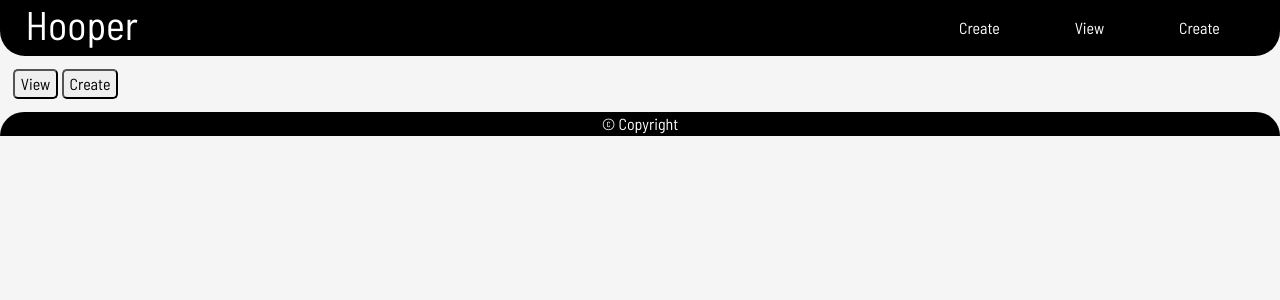
Repository: vlasarte/Hooper
Page: index.html
The author's editor kept a copy of each file at every save. The page is drawn from the files as they stood at one save, then again after the next save.
The browser window is 1280 px wide. The pictures show the whole page.

Above is the page before, as saved 2020-02-24 17:28:24.

### index.html
<!DOCTYPE html>
<!--[if lt IE 7]>      <html class="no-js lt-ie9 lt-ie8 lt-ie7"> <![endif]-->
<!--[if IE 7]>         <html class="no-js lt-ie9 lt-ie8"> <![endif]-->
<!--[if IE 8]>         <html class="no-js lt-ie9"> <![endif]-->
<!--[if gt IE 8]><!--> <html class="no-js"> <!--<![endif]-->
    <head>
        <meta charset="utf-8">
        <meta http-equiv="X-UA-Compatible" content="IE=edge">
        <title>Hooper</title>
        <meta name="description" content="">
        <meta name="viewport" content="width=device-width, initial-scale=1">
        <link href="https://fonts.googleapis.com/css?family=Barlow+Semi+Condensed&display=swap" rel="stylesheet">
        <link rel="stylesheet" href="https://stackpath.bootstrapcdn.com/bootstrap/4.3.1/css/bootstrap.min.css" integrity="sha384-ggOyR0iXCbMQv3Xipma34MD+dH/1fQ784/j6cY/iJTQUOhcWr7x9JvoRxT2MZw1T" crossorigin="anonymous">
        <link rel="stylesheet" href="assets/css/style.css">
    </head>
    <body>

        <header>
            <h1>Hooper</h1>
            <div class="dropdown">
                <button class="dropbtn">Create</button>
                <div class="dropdown-content">
                    <a href="#">Player</a>
                    <a href="#">Team</a>
                    <a class="dropdown-content-last" href="#">Game</a>
                </div>
            </div>
            <div class="dropdown">
                <button class="dropbtn">View</button>
                <div class="dropdown-content">
                    <a href="viewplayers.html">Players</a>
                    <a href="#">Teams</a>
                    <a class="dropdown-content-last" href="#">Games</a>
                </div>
            </div>
            <div class="dropdown">
                <button style="border-radius: 25px;" class="dropbtn">Create</button>
            </div>
        </header>

        <div class="body-container">

            <button>View</button>
            <button>Create</button>


        </div>


        <footer>
            &copy Copyright
        </footer>

        <script src="assets/js/javascript.js" async defer></script>
    </body>
</html>

### assets/css/style.css
/* default settings */

body {
    font-family: 'Barlow Semi Condensed', sans-serif;
    background: whitesmoke;
}


/* header section */

header {
    font-family: 'Barlow Semi Condensed', sans-serif;
    width: 100%;
    height: 56px;
    background: black;
    color: white;
    padding: 0% 2%;
    border-radius: 0px 0px 25px 25px;
    position: sticky;
    top: 0;
    z-index: 1;
}

header h1 {
    float: left;
    height: 56px;
    margin: 0px;
}


/* hover dropdowns */

.dropbtn {
    height: 56px;
    font-family: 'Barlow Semi Condensed', sans-serif;
    min-width: 100px;
    background-color: black;
    color: white;
    padding: 16px;
    font-size: 16px;
    border: none;
    border-radius: 25px 25px 0px 0px;
}

.dropdown {
    margin: 0px 5px;
    float: right;
    position: relative;
    display: inline-block;
}

.dropdown-content {
    text-align: center;
    display: none;
    position: absolute;
    background-color: #f1f1f1;
    width: 100px;
    box-shadow: 0px 8px 16px 0px rgba(0, 0, 0, 0.2);
    z-index: 1;
    border-radius: 0px 0px 25px 25px;
}

.dropdown-content a {
    color: black;
    padding: 12px 16px;
    text-decoration: none;
    display: block;
}

.dropdown-content a:hover {
    background-color: #ddd;
}

.dropdown:hover .dropdown-content {
    display: block;
}

.dropdown:hover .dropbtn {
    background-color: #ddd;
    color: black;
}

.dropdown-content-last {
    border-radius: 0px 0px 25px 25px;
}

/* body container */

.body-container {
    padding: 1%;
}

button {
    border-radius: 5px;
}

th {
    text-align: center;
    color: black;
    font-weight: bold;
}

td {
    text-align: center;
}


/* footer section */

footer {
    width: 100%;
    text-align: center;
    background: black;
    color: white;
    border-radius: 25px 25px 0px 0px;
}

### assets/js/javascript.js
var player = {
    name: "LeBron James",
    team: "LAL",
    position: "SF",
    PPG: 25.0,
    APG: 10.8,
    RPG: 7.8
}

var playerName = [
    "LeBron James",
    "Anthony Davis",
    "James Harden",
    "Kawhi Leonard",
    "Luka Doncic",
    ""]

After the next save:
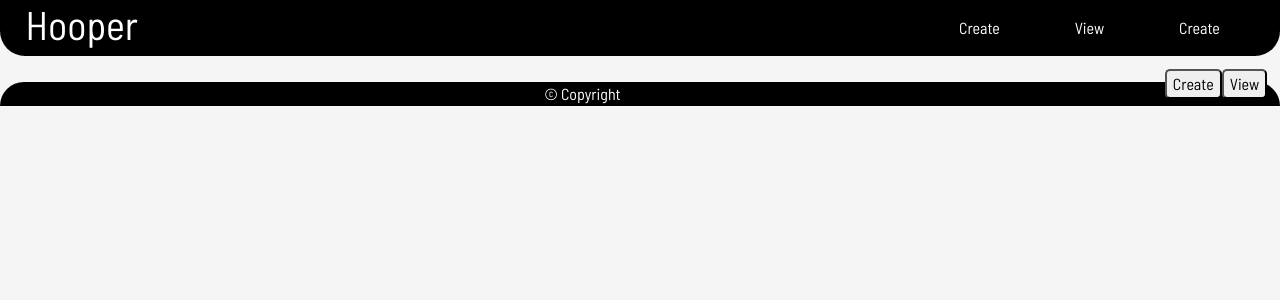
Saved 29 s later.
--- a/index.html
+++ b/index.html
@@ -40,9 +40,8 @@
 
         <div class="body-container">
 
-            <button>View</button>
-            <button>Create</button>
-
+            <button style="float: right;">View</button>
+            <button style="float: right;">Create</button>
 
         </div>
 
